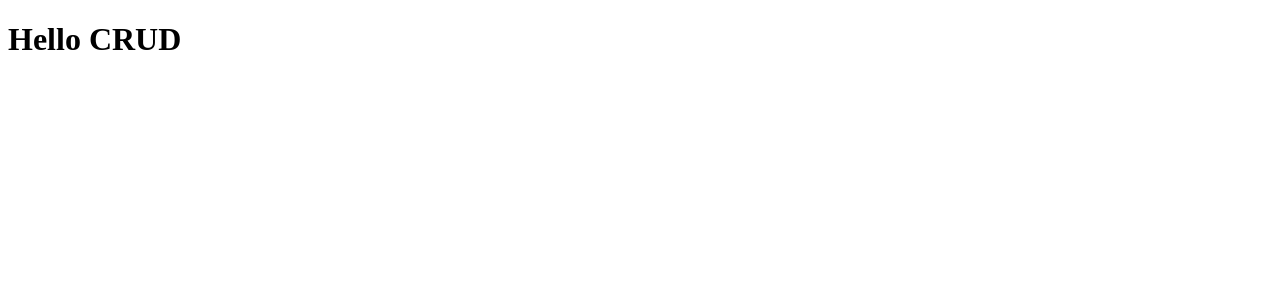
Repository: hardik2626/reactcrud2020
Page: /
These files come from the project's save history. The page is drawn as it stood at one moment and after the next save; the edit follows.
The browser window is 1280 px wide. The pictures show the whole page.
The project was rebuilt for these pictures with package versions that can differ from the ones it lists, and the page was loaded fresh each time. Also part of the build but not shown: src/index.css, src/App.css.

Above is the page before, as saved 2020-10-28 17:23:58.

### src/App.js

import './App.css';

function App() {
  return (
    <div className="App">
      <h1>Hello CRUD</h1>
    </div>
  );
}

export default App;

Loaded but not shown: public/index.html (common file); src/index.js (common file)

After the next save:
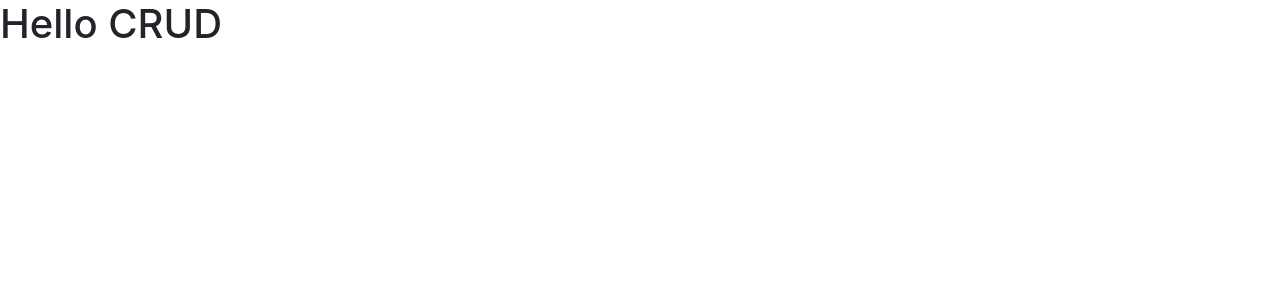
Saved 8 min 16 s later.
--- a/src/App.js
+++ b/src/App.js
@@ -1,5 +1,6 @@
 
 import './App.css';
+import '../node_modules/bootstrap/dist/css/bootstrap.css'
 
 function App() {
   return (
